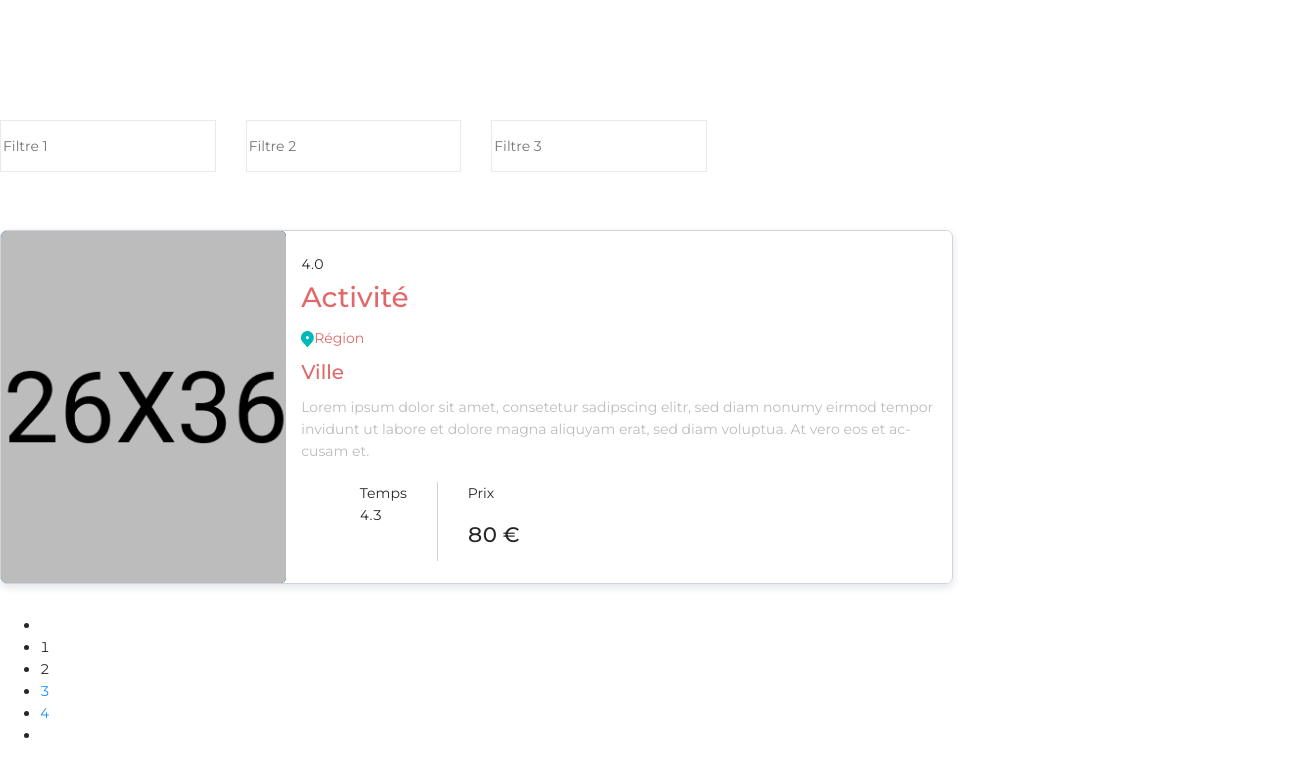
Repository: Emerson1220/projet-neofeel-lacapsule
Page: /roadPlanner (app in reactapp/)
An editor plug-in stored every save of this project. The page is shown before and after the next save, followed by the edit.
The browser window is 1280 px wide. The page is 1295 px wide, so the pictures cover 1295 px, including what lies to the right of the window. The pictures show the whole page.
The project was rebuilt for these pictures with package versions that can differ from the ones it lists, and the page was loaded fresh each time. Also part of the build but not shown: reactapp/src/Nav.js, reactapp/src/ScreenHome.js.

Above is the page before, as saved 2021-05-18 13:47:24.

### reactapp/src/App.js
import './App.css';
import Nav from './Nav'
import {BrowserRouter as Router, Switch, Route} from 'react-router-dom'

import ScreenHome from './ScreenHome';
import ScreenRoadPlanner from './screens/ScreenRoadPlanner';

function App() {
  return (



    // <SearchPage></SearchPage>
      <Router>
        <Switch>
          <Route component={ScreenHome} path="/" exact />
          <Route component={ScreenRoadPlanner} path="/roadPlanner"  />
          {/* <Route component={ScreenConnexion} path="/connexion"  />
          <Route component={ScreenSearch} path="/recherche"  />
          <Route component={ScreenInfo} path="/info"  />
          <Route component={ScreenPartner} path="/partenaire"  />
          <Route component={ScreenRoadPlanner} path="/roadPlanner"  />
          <Route component={ScreenTrips} path="/voyages"  />
          <Route component={ScreenProfil} path="/profil"  />
          <Route component={ScreenBasket} path="/panier"  />
          <Route component={ScreenSuggestion} path="/suggestion"  /> */}
        </Switch>
      </Router>

  );
}

export default App;

### reactapp/src/App.css
@import '~antd/dist/antd.css';
@import url('https://fonts.googleapis.com/css2?family=Montserrat:ital,wght@0,200;0,300;0,400;0,500;0,600;0,700;1,400;1,600&display=swap');

* {
  font-family: 'Montserrat', sans-serif;
}

.App {
  text-align: center;
}

.App-logo {
  height: 40vmin;
  pointer-events: none;
}

@media (prefers-reduced-motion: no-preference) {
  .App-logo {
    animation: App-logo-spin infinite 20s linear;
  }
}

.App-header {
  background-color: #282c34;
  min-height: 100vh;
  display: flex;
  flex-direction: column;
  align-items: center;
  justify-content: center;
  font-size: calc(10px + 2vmin);
  color: white;
}

.App-link {
  color: #61dafb;
}

@keyframes App-logo-spin {
  from {
    transform: rotate(0deg);
  }
  to {
    transform: rotate(360deg);
  }
}
/* CSS NAVBAR _______________________*/



.h1-montserrat {
  width: auto; /* 366px */
  height: auto; /* 58px */
  overflow: visible;
  white-space: pre;
  letter-spacing: 0px;
  line-height: 1.2;
  color: #106271;
  font-weight: 700;
  font-family: "Inter-Bold", "Inter", sans-serif;
  font-size: 48px;
}

.devenezPartenaireButton{

background-color: #e06868;
overflow: visible;
  white-space: pre;
  letter-spacing: 0px;
line-height: 1.2;
  color: #ffffff;
  font-weight: 700;
  font-family: "Inter-Bold", "Inter", sans-serif;
width: 150px;
height: 50px;
left: 971px;
top: 40px;
border-radius: 5px;
}

.listNav{
  color: #106271;
  margin: 0px 0px;
}

### reactapp/src/screens/ScreenRoadPlanner.js
import React from 'react';
import '../App.css';
import { Button } from 'antd';
import { Link } from 'react-router-dom';
import Nav from '../Nav'

function ScreenRoadPlanner() {

    return (	<div style={{ paddingTop:'120px' }}>

                <div style={ styles.container }>

                    <div style={ styles.row }>

                        <div style={ styles.col_xl_9 }>
                            <div style={{ marginBottom:'40px' }}> {/* Filters */}

                                <div style={ styles.row }>
                                    <div style={ styles.col_xl_3 }>
                                        <label style={ styles.single_input_wrap }>
                                            <i style={ styles.icons_la }/>
                                            <input style={ styles.single_input_wrap_input } type="text" placeholder="Filtre 1" />
                                        </label>
                                    </div>

                                    <div style={ styles.col_xl_3 }>
                                        <label style={ styles.single_input_wrap }>
                                            <i style={ styles.icons_la }/>
                                            <input style={ styles.single_input_wrap_input } type="text" placeholder="Filtre 2" />
                                        </label>
                                    </div>

                                    <div style={ styles.col_xl_3 }>
                                        <label style={ styles.single_input_wrap }>
                                            <i style={ styles.icons_la }/>
                                            <input style={ styles.single_input_wrap_input } type="text" placeholder="Filtre 3" />
                                        </label>
                                    </div>
                                </div>
                            </div> {/* End -> ButtonFilters */}

                            <div style={ styles.experiences_list_area }> {/* Container -> Card expérience */}
                                <div style={ styles.single_destinations}> {/* Card expérience */}
                                    <div style={ styles.image_card }>
                                        <img style={ styles.image }src="images/photo-526x360.png" alt="list" />
                                    </div>
                                    <div style={ styles.detail_card }>
                                        <div>
                                            <i style={ styles.icons_fa_1  }/>
                                            <i style={ styles.icons_fa_1 } />
                                            <i style={ styles.icons_fa_1  } />
                                            <i style={ styles.icons_fa_1  } />
                                            <i style={ styles.icons_fa_2  } />
                                            <span>4.0</span>
                                        </div>

                                        <h3><Link style={ styles.h3 } to="/">Activité</Link></h3>
                                        <p style={{ color: '#e06868', marginleft: '4px', marginBottom: '8px'}}><img src="images/icone-geo.png" alt="map" />Région</p>
                                        <h4 ><Link style={ styles.h4 }  to="/">Ville</Link></h4>
                                        <p style={ styles.card_content } >Lorem ipsum dolor sit amet, consetetur sadipscing elitr, sed diam nonumy eirmod tempor invidunt ut labore et dolore magna aliquyam erat, sed diam voluptua. At vero eos et accusam et.</p>

                                        <div style={ styles.liste_price }>
                                            <ul style={ styles.liste_price_content, styles.liste_price_li }>
                                                <li><i style={ styles.icons_fa }/> Temps</li>
                                                <li><i style={ styles.icons_fa }/> 4.3</li>
                                            </ul>
                                            <div style={ styles.liste_price_item }>
                                                <p>Prix</p>
                                                <h2>80 <span>€</span></h2>
                                            </div>
                                        </div>
                                    </div>
                                </div> {/* End -> Card expérience */}
                            </div> {/* End -> Container -> Card expérience */}


                            <div className="text-md-center text-left"> {/* Pagination */}
                                <div className="tp-pagination text-md-center text-left d-inline-block mt-4">
                                    <ul>
                                        <li><a className="prev page-numbers" href="#"><i className="la la-long-arrow-left" /></a></li>
                                        <li><span className="page-numbers">1</span></li>
                                        <li><span className="page-numbers current">2</span></li>
                                        <li><a className="page-numbers" href="#">3</a></li>
                                        <li><a className="page-numbers" href="#">4</a></li>
                                        <li><a className="next page-numbers" href="#"><i className="la la-long-arrow-right" /></a></li>
                                    </ul>
                                </div>
                            </div>{/* End -> Pagination */}
                        </div>
                    </div>
                </div>
            </div>
    )
};

let styles = {

    // CSS - ARCHITECTURE//

    container: {
        width: '100%',
        paddingright: '15px',
        paddingleft: '15px',
        marginright: 'auto',
        marginleft: 'auto',
    },

    row:{
        display: 'flex',
        flexWrap: 'wrap',
        marginRight: '-15px',
        marginLeft: '-15px',
    },

    col_xl_9:{
        position: 'relative',
        flex: '0 0 75%',
        maxWidth: '75%',
        width: '100%',
        minHeight: '1px',
        paddingRight: '15px',
        paddingLeft: '15px',
        },

    col_xl_3:{
        position: 'relative',
        flex: '0 0 25%',
        maxWidth: '25%',
        width: '100%',
        minHeight: '1px',
        paddingRight: '15px',
        paddingLeft: '15px',
        },

    single_input_wrap:{
        position: 'relative',
        width: '100%',
        marginBottom: '18px',
        display: 'inline-block',
    },

    single_input_wrap_input:{
        background: '#ffffff',
        border: '1px solid #EAEAEA',
        height: '52px',
        width: '100%',
    },

    // CSS - ICONS //

    icons_la:{
        display: 'inline-block',
        position: 'absolute',
        top: '17px',
        left: '20px',
        color: '#CFD3DE',
        font: 'normal normal normal 16px/1 LineAwesome',
        fontSize: 'inherit',
        textDecoration: 'inherit',
        textRendering: 'optimizeLegibility',
        textTransform: 'none',
    },

    icons_fa_1:{
        display: 'inline-block',
        font: 'normal normal normal 14px/1 FontAwesome',
        fontSize: 'inherit',
        textRendering: 'auto',
        color: '#f3941e',
    },

    icons_fa_2:{
        display: 'inline-block',
        font: 'normal normal normal 14px/1 FontAwesome',
        fontSize: 'inherit',
        textRendering: 'auto',
        color: '#d4d4d4',
    },

    // CARD - TITLE//

    h3:{
        fontSize: '28px',
        color: '#e06868',
        textDecoration: 'none',
    },

    h4:{
        fontSize: '20px',
        color: '#e06868',
        textDecoration: 'none',
    },

    // CARD - CSS //

    experiences_list_area:{
        boxSizing: 'border-box',
        outline: 'none',
    },

    single_destinations:{
        display: 'flex',
        flexWrap: 'wrap',
        margin: '0 0 30px 0',
        border: '1px solid #CFD3DE',
        boxShadow: '0px 3px 9px #071c551f',
        borderRadius: '7px',
        position: 'relative',
        overflow: 'hidden',
    },

    image_card:{
        position: 'relative',
        background: '#106271',
        overflow: 'hidden',
        flex: '0 0 30%',
        backgroundSize: 'cover',
        backgroundRepeat: 'no-repeat',
        backgroundPosition: 'center center',
        minHeight: '200px',
        borderRadius: '5px',
    },

    image:{
        width: '100%',
        height: '100%',
        objectFit: 'cover',
        objectPosition: 'center center',
        borderRadius: '5px',
    },

    detail_card:{
        flex: '0 0 70%',
        padding: '22px 15px',
        background: '#ffffff',
    },

    card_content:{
        marginBottom: '15px',
        color: '#bcbcbc',
        hyphens: 'auto',
    },

    liste_price:{
        marginTop: '20px',
        display: 'flex',
        boxSizing: 'border-box',
        outline: 'none',
    },

    liste_price_li:{
        margin: '0 10px',
        fontSize: '14px',
        listStyle: 'none',
        display: 'inline-block',
    },


    liste_price_content:{
        float: 'left',
        marginTop: '20px',
        margin: '0',
        padding: '0',
        display: 'inline-block',
    },

    icons_fa:{
        display: 'inline-block',
        font: 'normal normal normal 14px/1 FontAwesome',
        fontSize: 'inherit',
        textRendering: 'auto',
        color: '#01B9B7',
        marginRight: '5px',
    },

    liste_price_item:{
        paddingLeft: '30px',
        marginLeft: '20px',
        borderLeft: '1px solid #CFD3DE',
        paddingTop: '0',
    },



    }













export default ScreenRoadPlanner;

Loaded but not shown: reactapp/public/index.html (common file); reactapp/src/index.js (common file); reactapp/src/index.css (common file); reactapp/src/reportWebVitals.js (common file)

After the next save:
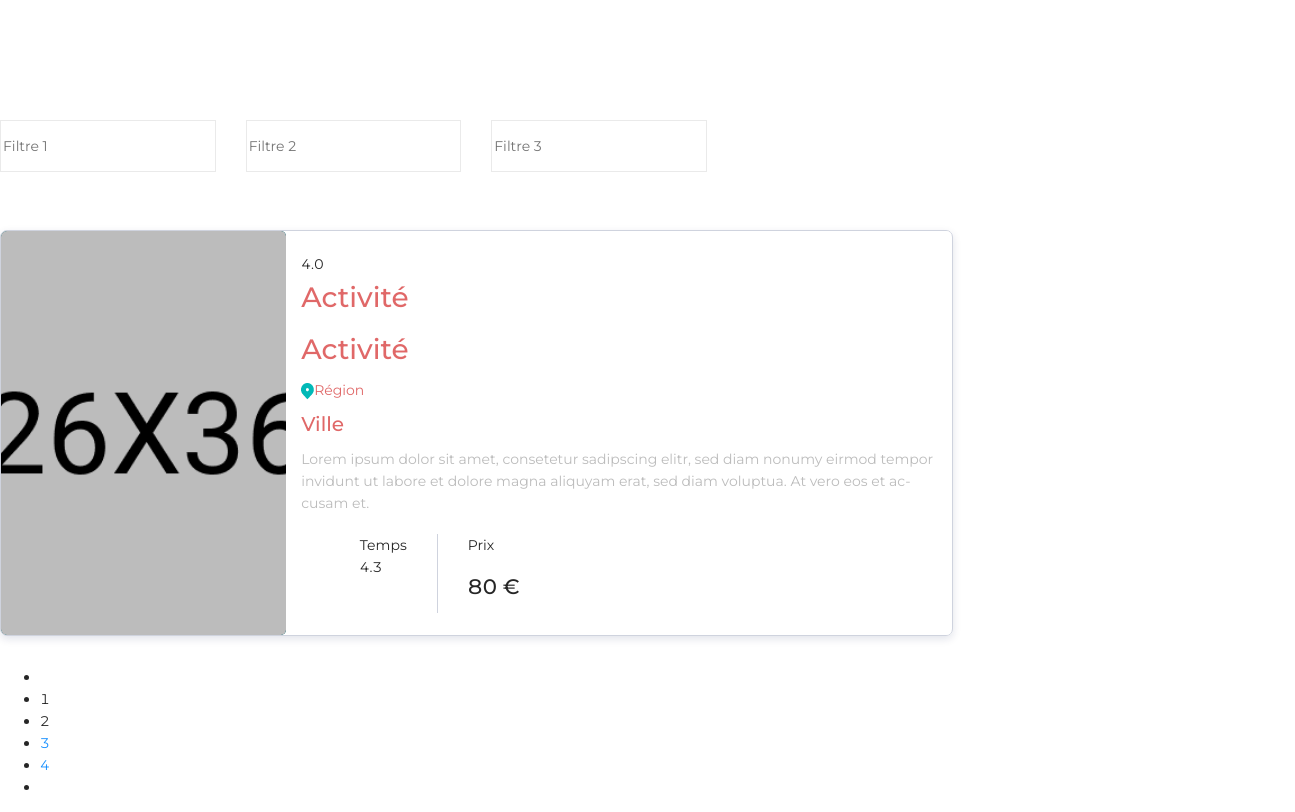
Saved 55 s later.
--- a/reactapp/src/screens/ScreenRoadPlanner.js
+++ b/reactapp/src/screens/ScreenRoadPlanner.js
@@ -54,7 +54,11 @@ function ScreenRoadPlanner() {
                                             <span>4.0</span>
                                         </div>
 
-                                        <h3><Link style={ styles.h3 } to="/">Activité</Link></h3>
+                                        <div>
+                                            <h3><Link style={ styles.h3 } to="/">Activité</Link></h3>
+                                            <h3><Link style={ styles.h3 } to="/">Activité</Link></h3>
+                                        </div>
+
                                         <p style={{ color: '#e06868', marginleft: '4px', marginBottom: '8px'}}><img src="images/icone-geo.png" alt="map" />Région</p>
                                         <h4 ><Link style={ styles.h4 }  to="/">Ville</Link></h4>
                                         <p style={ styles.card_content } >Lorem ipsum dolor sit amet, consetetur sadipscing elitr, sed diam nonumy eirmod tempor invidunt ut labore et dolore magna aliquyam erat, sed diam voluptua. At vero eos et accusam et.</p>
